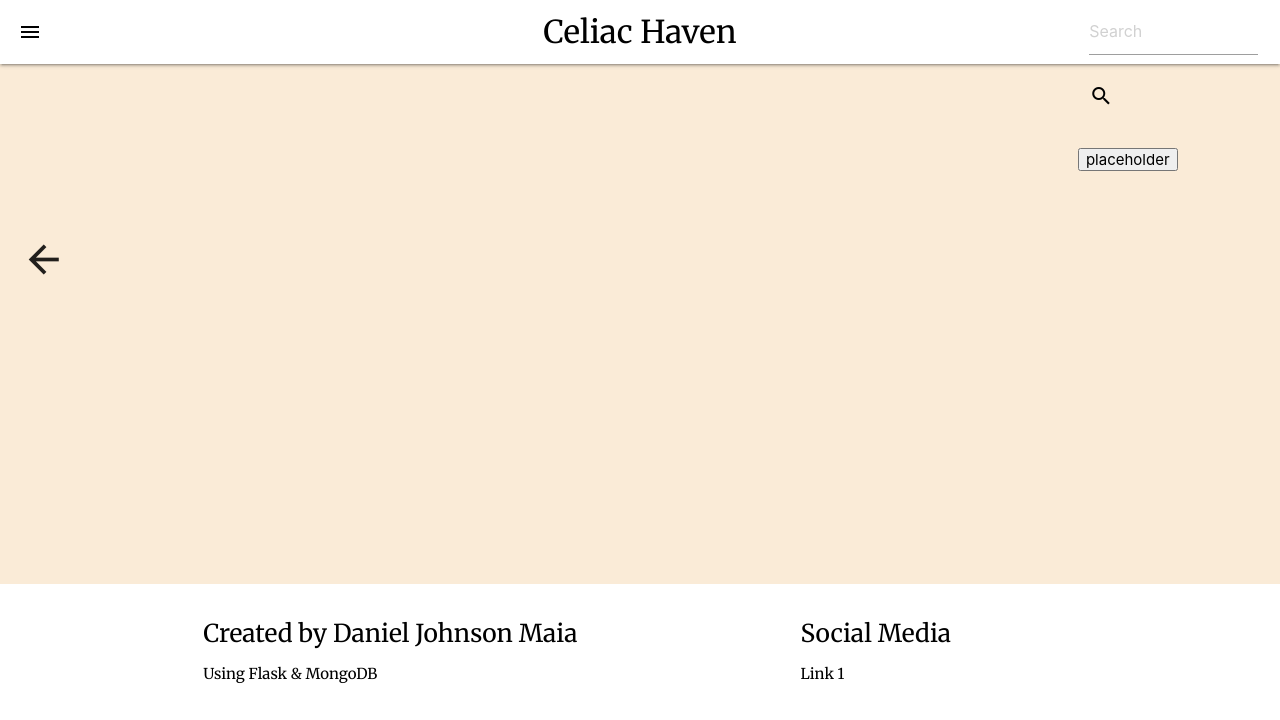
Repository: DanielJMaia/cookbook-project
Page: templates/recipes.html
The author's editor kept a record of every edit. The page is drawn from the files as they stood at one moment, then again after the next edit.
The browser window is 1280 px wide. The pictures show the whole page.
Some web fonts or font styles are not loaded; a fallback is used. The page is served by the project's application, run on Flask 3 (app.py). The template is opened directly, without the code that normally fills it, so the values that code supplies are empty.

Above is the page before.

After the next edit:
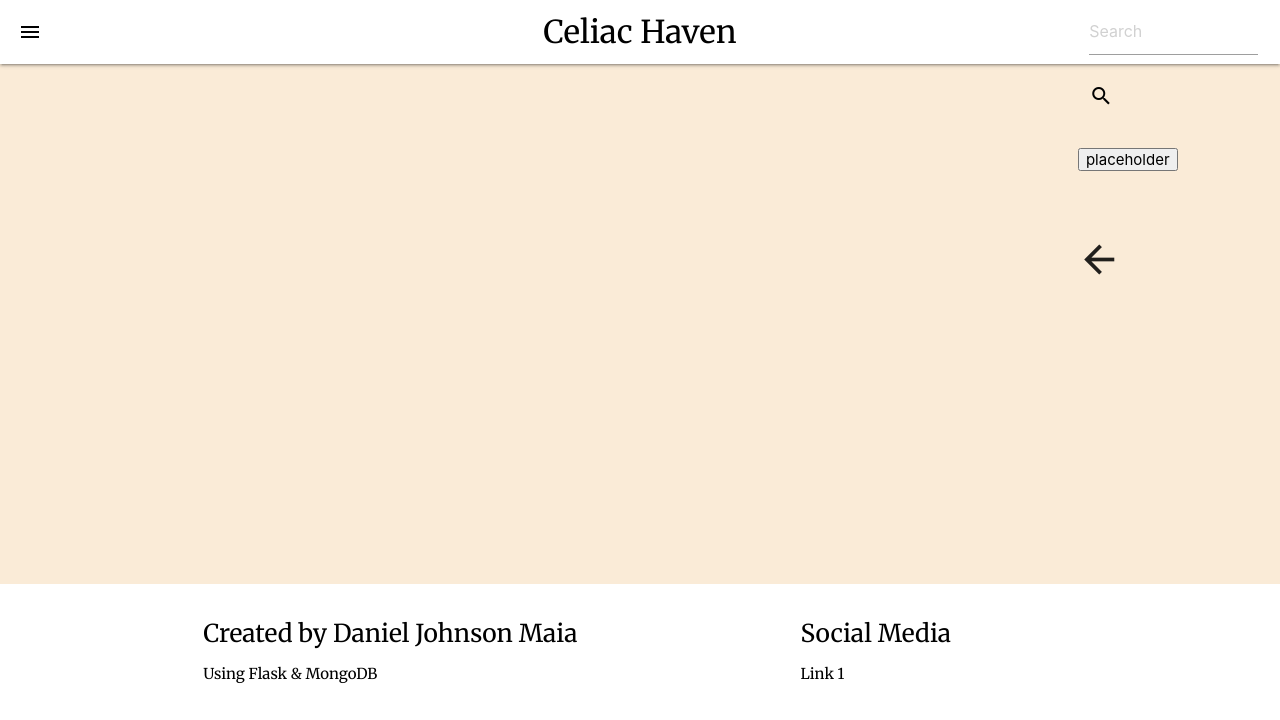
The edit:
--- a/templates/recipes.html
+++ b/templates/recipes.html
@@ -1,6 +1,6 @@
 {% extends 'base.html' %} {% block content %}
 <div class="row">
-    <div class="col s2">
+
         <i class="material-icons" id="back_icon">arrow_back</i>
 
     <div class="col s10">
